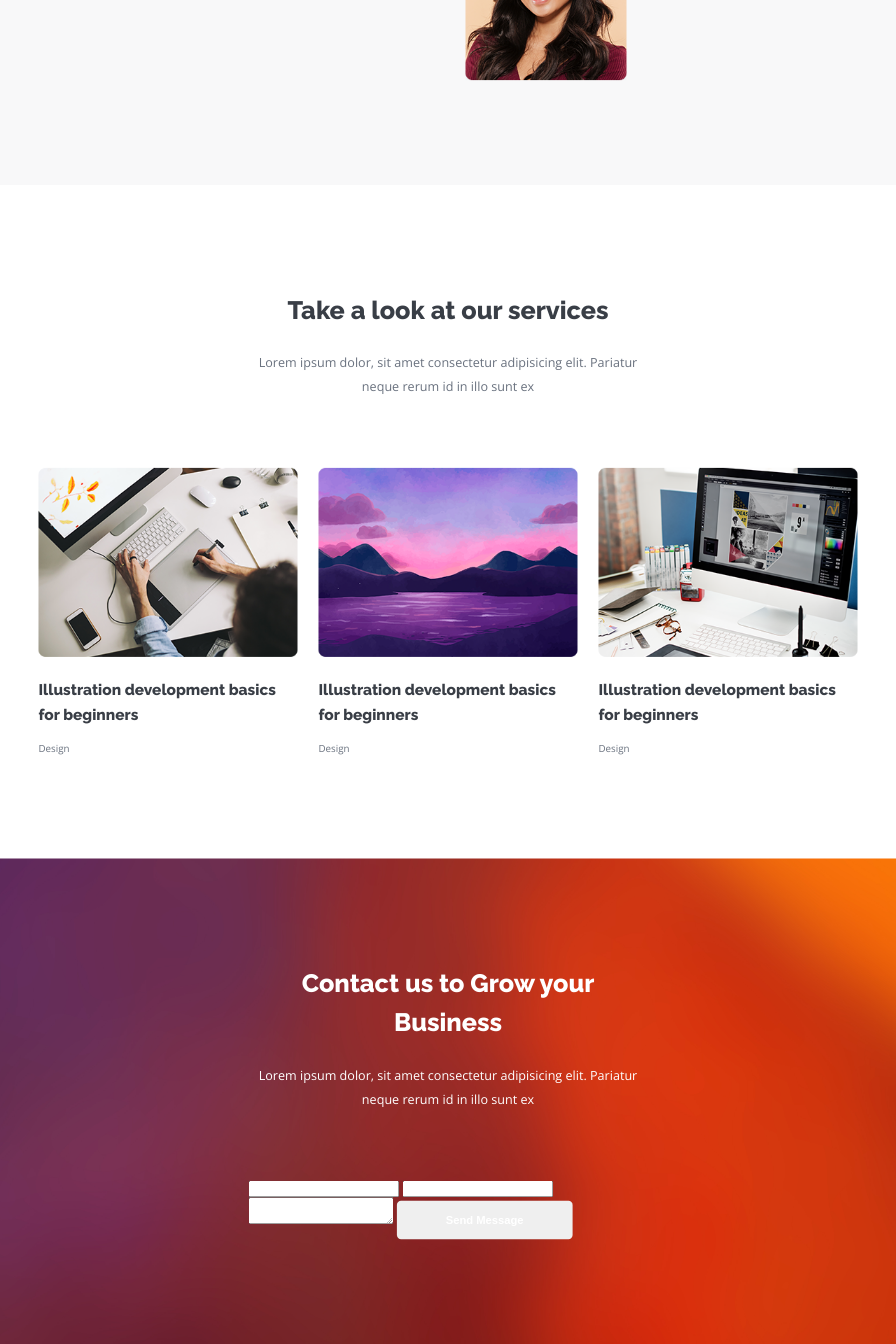
Repository: huydev0401/octavian-1
Page: index.html
These files come from the project's save history. The page is drawn as it stood at one moment and after the next save; the edit follows.
The browser window is 1280 px wide. The pictures show the part of the page from y = 4549 to 6469 px (the page is 6469 px tall before and 6413 px after), at 70% of full size.
The style sheet was rebuilt from its Sass, Less or Tailwind sources for each picture, by a compiler version that may differ from the author's.

Above is the page before, as saved 2021-09-02 15:20:14.

After the next save:
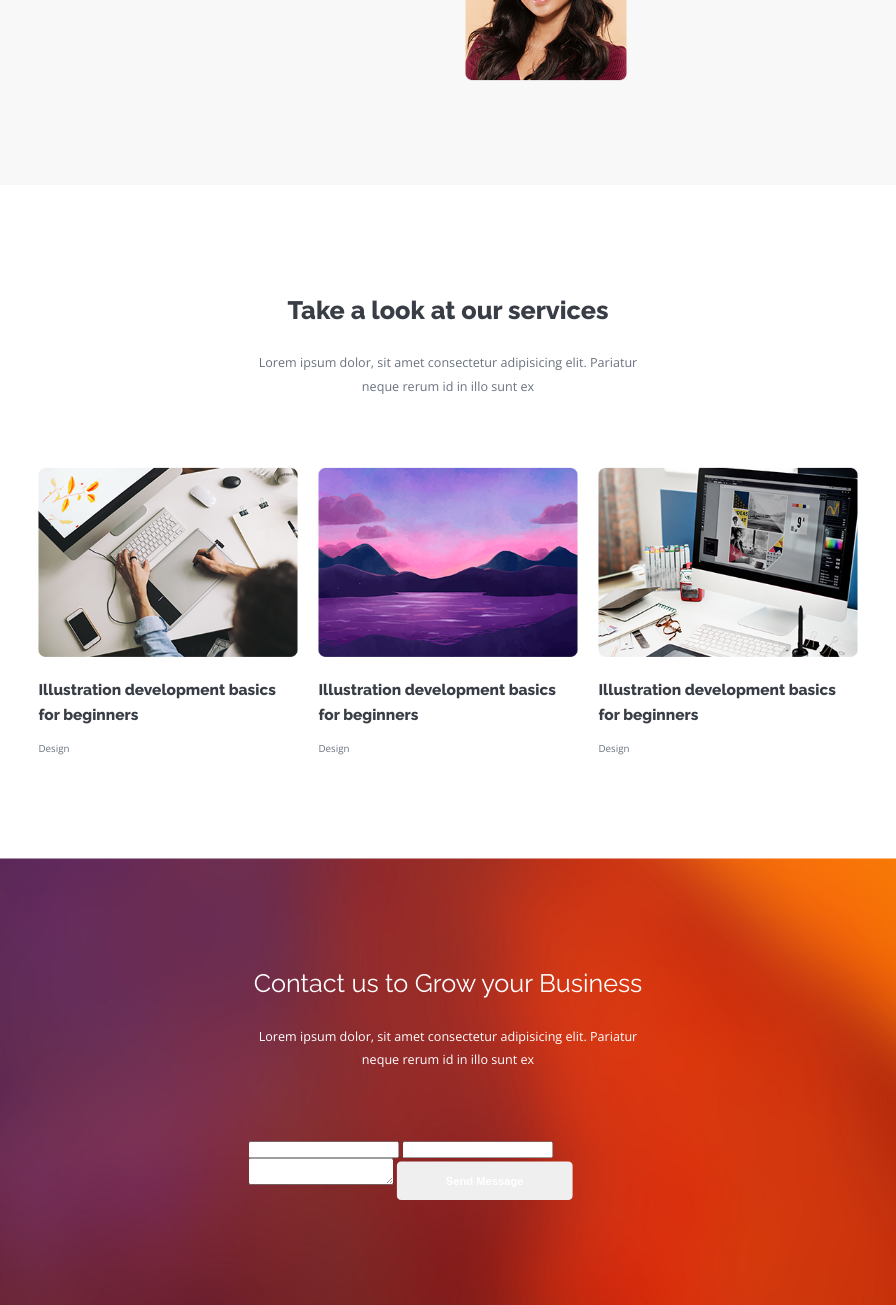
Saved 19 s later.
--- a/scss/_contact.scss
+++ b/scss/_contact.scss
@@ -9,6 +9,9 @@
     text-align: center;
     margin-bottom: 100px;
   }
+  &-heading {
+    font-weight: 400;
+  }
   &-heading,
   &-desc {
     color: #fff;
